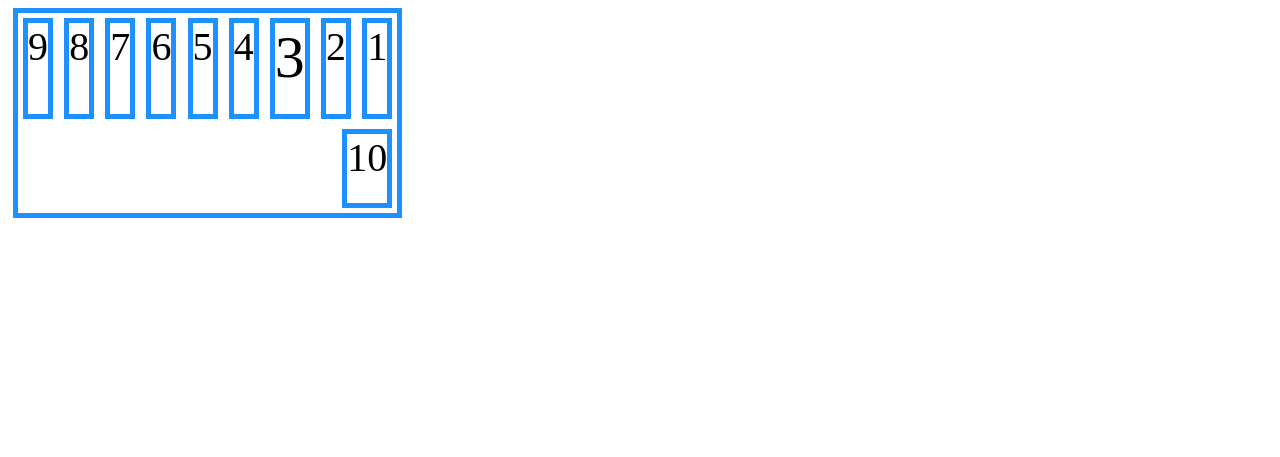
Repository: eversonps/flexbox-grid-css
Page: flexbox/flexbox1.html
An editor plug-in stored every save of this project. The page is shown before and after the next save, followed by the edit.
The browser window is 1280 px wide. The pictures show the whole page.

Above is the page before, as saved 2022-03-23 15:25:43.

After the next save:
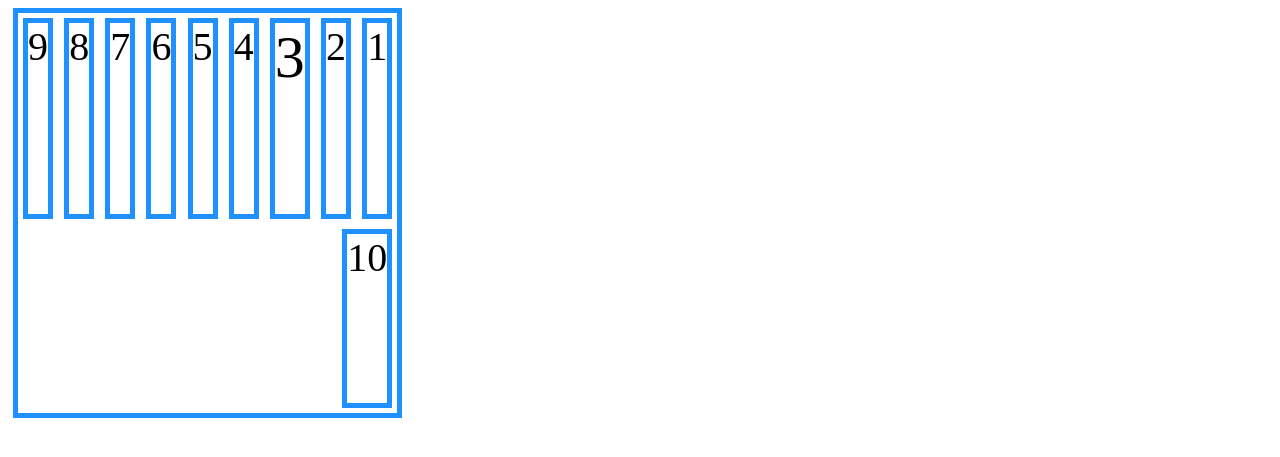
Saved 57 s later.
--- a/flexbox/flexbox1.html
+++ b/flexbox/flexbox1.html
@@ -26,7 +26,7 @@
             flex-wrap: wrap;
             flex-wrap: wrap-reverse;
             flex-flow: row wrap;
-            height: 200px;
+            height: 400px;
             flex-flow: column-reverse wrap;
             flex-flow: row wrap;
 

After the save that followed:
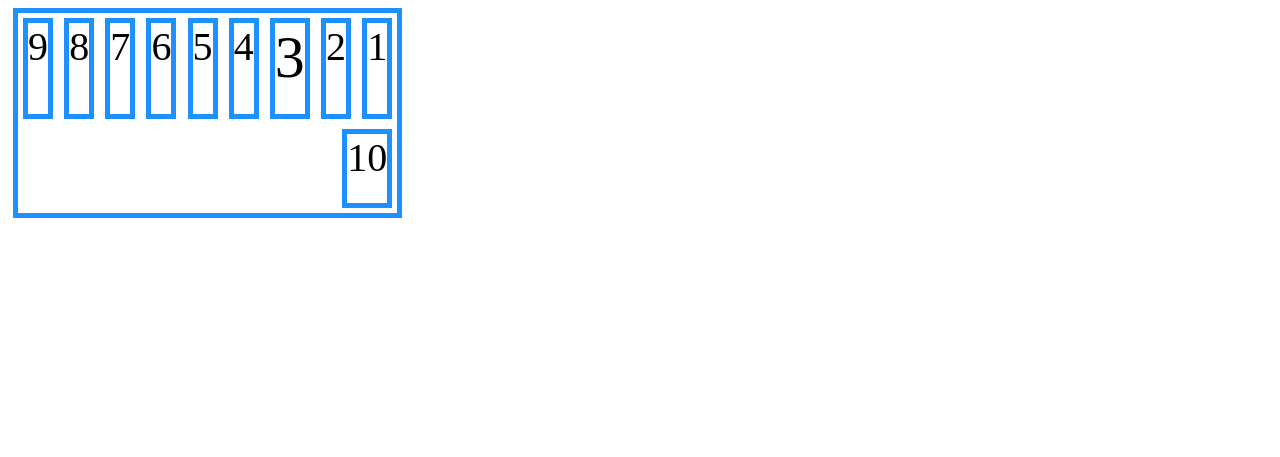
Saved 5 s later.
--- a/flexbox/flexbox1.html
+++ b/flexbox/flexbox1.html
@@ -26,7 +26,7 @@
             flex-wrap: wrap;
             flex-wrap: wrap-reverse;
             flex-flow: row wrap;
-            height: 400px;
+            height: 200px;
             flex-flow: column-reverse wrap;
             flex-flow: row wrap;
 
